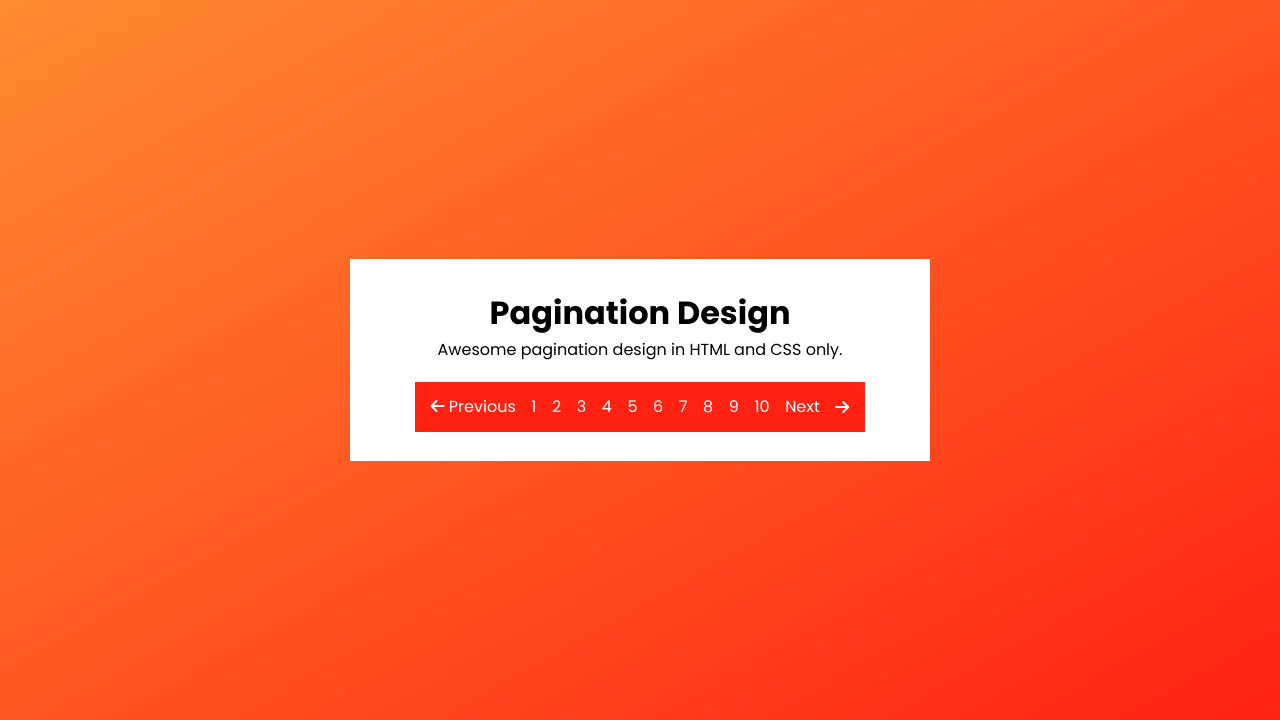
Repository: Ankitkr2021/Awesome-Pagination
Page: index.html
The author's editor kept a copy of each file at every save. The page is drawn from the files as they stood at one save, then again after the next save.
The browser window is 1280 px wide. The pictures show the whole page.

Above is the page before, as saved 2025-10-02 09:05:37.

### index.html
<!DOCTYPE html>
<html lang="en">
<head>
    <meta charset="UTF-8">
    <meta name="viewport" content="width=device-width, initial-scale=1.0">
    <title>Document</title>
    <link rel="stylesheet" href="https://cdnjs.cloudflare.com/ajax/libs/font-awesome/6.5.0/css/all.min.css">
    <link rel="stylesheet" href="./style.css">
</head>
<body>
    <div class="page">
        <h1>Pagination Design</h1>
        <p>Awesome pagination design in HTML and CSS only.</p>
        <div class="box">
             <div><i class="fas fa-arrow-left"></i> Previous</div>
            <div>1</div>
            <div>2</div>
            <div>3</div>
            <div>4</div>
            <div>5</div>
            <div>6</div>
            <div>7</div>
            <div>8</div>
            <div>9</div>
            <div>10</div>
            Next<i class="fas fa-arrow-right"></i>
        </div>
    </div>
</body>
</html>

### style.css
@import url("https://fonts.googleapis.com/css2?family=Poppins:wght@300;400;500;600;700&display=swap");

*{
    margin: 0;
    padding: 0;
    box-sizing: border-box;
    font-family: "Poppins",sans-serif;
}

body{
    display: flex;
   justify-content: center;
   align-items: center;
    height: 100vh;
    width: 100%;
    background: linear-gradient(to bottom right, rgb(255, 139, 50), rgb(255, 34, 18));
}

.page{
   display: flex;
   justify-content: center;
   align-items: center;
   flex-direction: column;
   background: #fff;
   width: 580px;
   height: 202px;
}

h1 {
    padding: 0 20px;
}

p {
    margin-bottom: 20px;
}

.box {
    background: rgb(255, 34, 18);
    color: #fff;
    height: 50px;
    width: 450px;
    display: flex;
    justify-content: space-evenly;
    align-items: center;
}

After the next save:
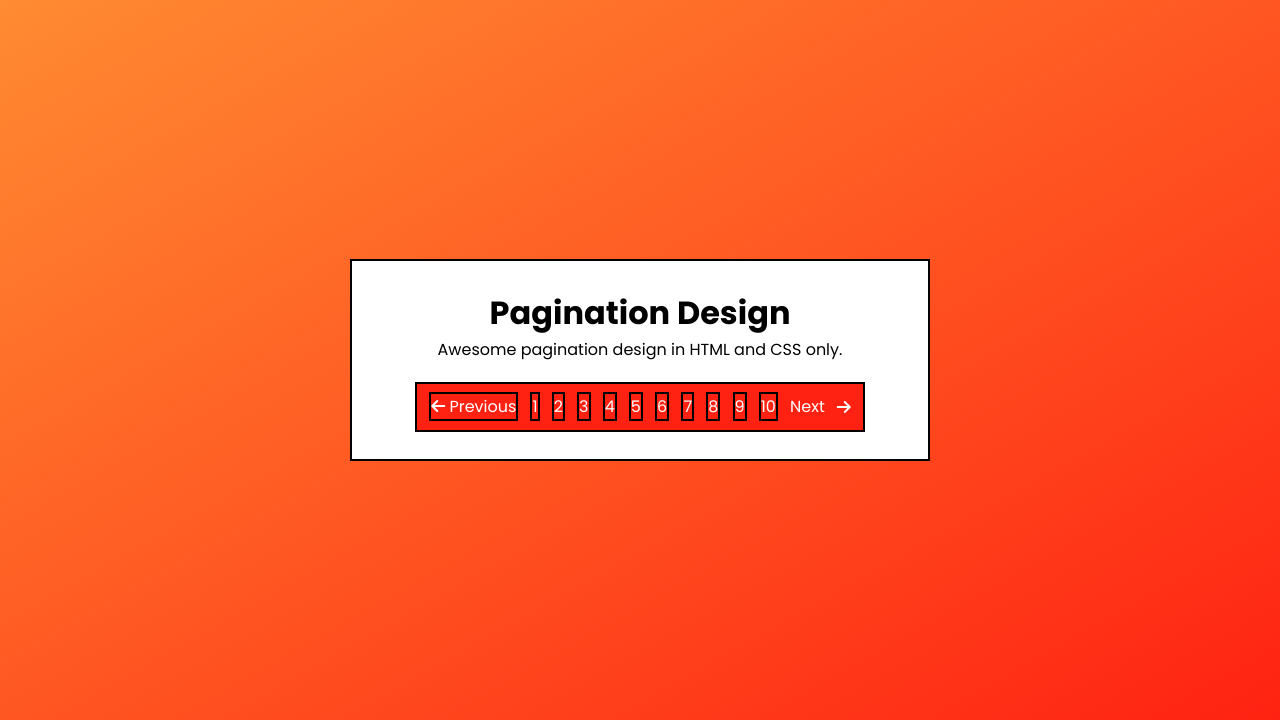
Saved 39 s later.
--- a/style.css
+++ b/style.css
@@ -43,3 +43,7 @@ p {
     justify-content: space-evenly;
     align-items: center;
 }
+
+div{
+    border: 2px solid #000;
+}

After the save that followed:
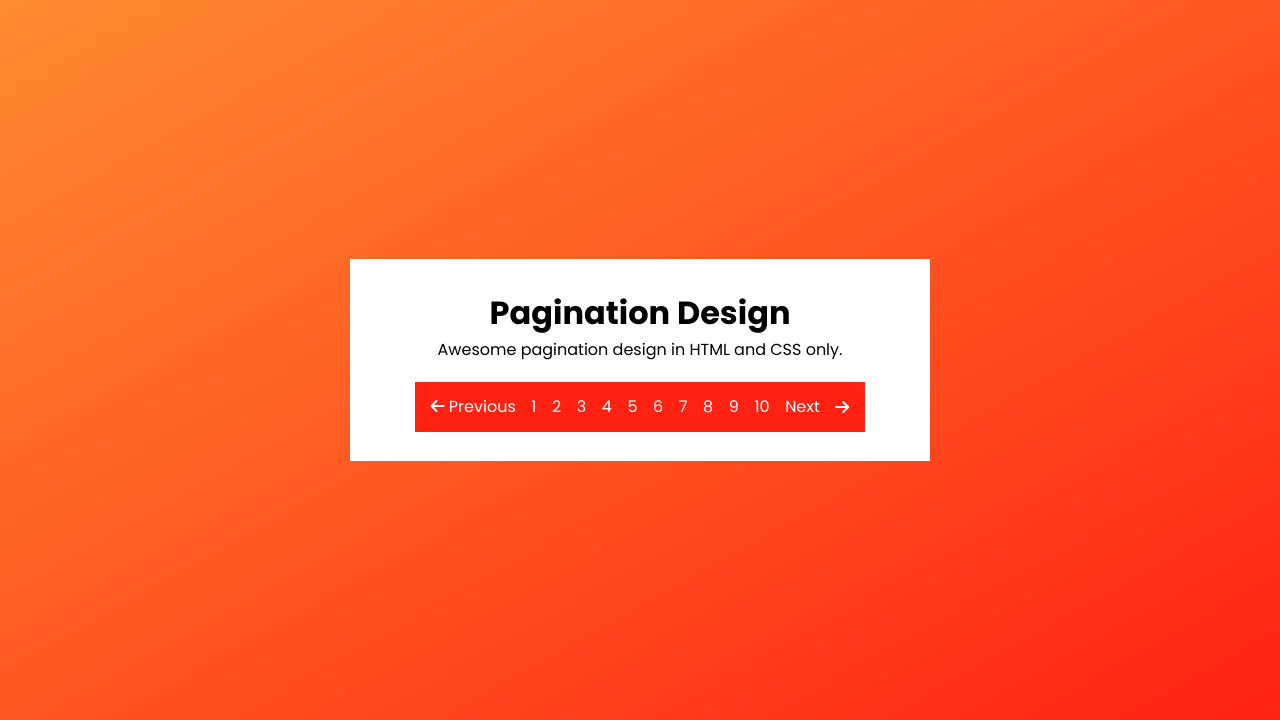
Saved 10 s later.
--- a/style.css
+++ b/style.css
@@ -45,5 +45,5 @@ p {
 }
 
 div{
-    border: 2px solid #000;
+
 }
